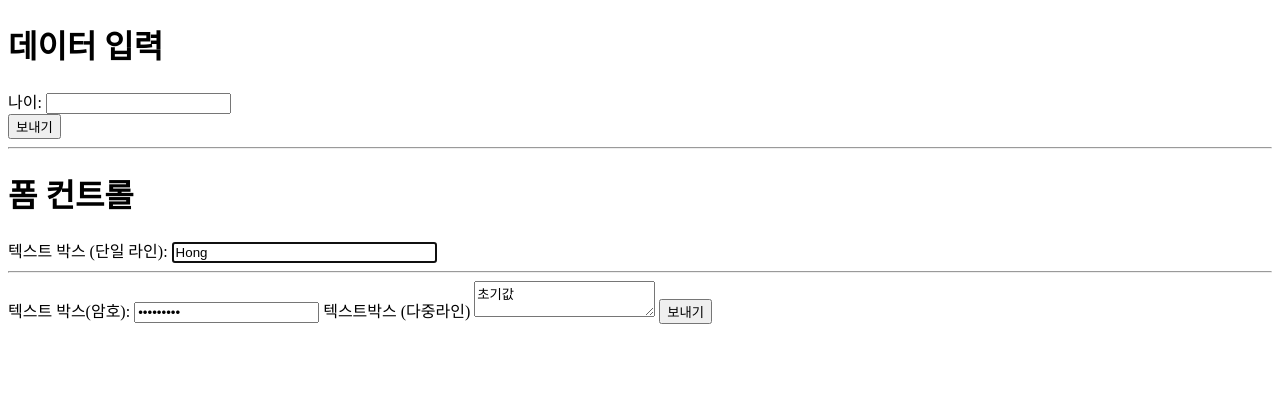
Repository: seula123/Front-End
Page: ClientTest/src/main/webapp/html/ex18_form.html
These files come from the project's save history. The page is drawn as it stood at one moment and after the next save; the edit follows.
The browser window is 1280 px wide. The pictures show the whole page.

Above is the page before, as saved 2023-09-21 06:34:22.

### ClientTest/src/main/webapp/html/ex18_form.html
<!DOCTYPE html>
<html>
<head>
<meta charset="UTF-8">
<title>Insert title here</title>
</head>
<body>


	<!-- ex18_form.html -->

	<!--

		폼,form
		- 입력 양식, 입력 컨트롤
		- 클라이언트(사용자)로부터 입력장치(키보드, 마우스, 터치 등)을 통해서 데이터를 입력받는 역할
		- 입력 데이터> 서버로 전송 > 업무 활용 or 데이터 베이스 저장 등..
		ex) 텍스트 박스, 버튼, 체크 박스, 라디오 버튼 등..
		- <form> + <form>의 자식 태그들..



		<form>
		- 모든 입력 컨트롤을 감싸는 컨테이너
		- 스스로는 랜더링 결과가 없다. (출력되지않는다)
		- 입력한 값을 서버로 전송하는 역할(********)


		form.method
		- 데이터를 전송하는 방식
		- 택배(일반 우편| 등기 우편)
		1. POST
			- ex18_Server.jsp
			- 데이터를 상자안에 담아서 전송
			- 데이터가 노출x > 보안 o
			- 전송하는 데이터의 최대 길이 제한 > 무제한

		2. GET
			- -ex198_server.jsp?age=20
			- 데이터를 송장에 붙여서 전송
			- 전송되는 데이터가 노출(주소창)> 보안 x
			- 전송하는 데이터의 최대 길이 제한 > 256자 > 8000자 바이트
			- 긴 데이터는 전송 x

		form.action
		- 데이터를 수신하는 서버측 URL
		- 받는 사람 주소
		- 서버측 동작하고 있는 프로그램 주소 > JSP, Servlet, Spring 주소

	 -->

	 <h1> 데이터 입력</h1>

	 <form method="GET" action="ex18_server.jsp">


	 	나이: <input type = "text" name = "age">
	 	<br>
	 	<input type = "submit" value = "보내기">
	 </form>



	 <hr>

	 <h1> 폼 컨트롤 </h1>




	 <form method="get" action="ex18_server.jsp">

	 	<!--
	 		<input>
	 		- 인라인 태그
	 		- 단독 태그
	 		- input.type: 입력 컨트롤 종류 지정
	 		- input.name : 식별자
	 		- input.id : 식별자. CSS,JavaScript에서 사용
	 		- input.class : 식별자. CSS,JavaScript에서 사용
	 		- input.size: 길이(문자 개수)
	 		- input.maxlength: 최대 입력 길이(글자수)
	 		- input.readonly: 읽기 전용(전원 on)
	 		- input.disabled: 비활성화	(전원 off)
	 		- input.accesskey: 바로가기(Alt+조합ㄱ키)
            - input.autofocus: 자동 포커스
            - input.autocomplete : 자동 완성 끄기


	 	 -->

	 	텍스트 박스 (단일 라인):
	 	<input type = "text" name="txt1" id="txt1" class="txt" size = "30" value="Hong
	 	" accesskey="s" autofocus autocomplete="off">

	 	<hr>

	 	<!--

	 		암호 상자, Password Box, Masked Text Box
	 		- 모든 속성이 텍스트 박스와 동일

	 	 -->
	 	 텍스트 박스(암호):
	 	 <input type = "password" value ="12345
	 	 ">

	 	<!-- 텍스트 박스 (다중라인
	 		<textarea>
	 		- 쌍태그
	 		- 대부분의 속성은 텍스트 박스
	 		- maxlength 속성이 없다. > 많은 양의 텍스트를 입력받는 컨트롤
	 		- value 속성이 없다.

	 	-->

	 	 텍스트박스 (다중라인)
		 <textarea>초기값</textarea>

	 	<input type = "submit" value ="보내기">




	 </form>
</body>

</html>

After the next save:
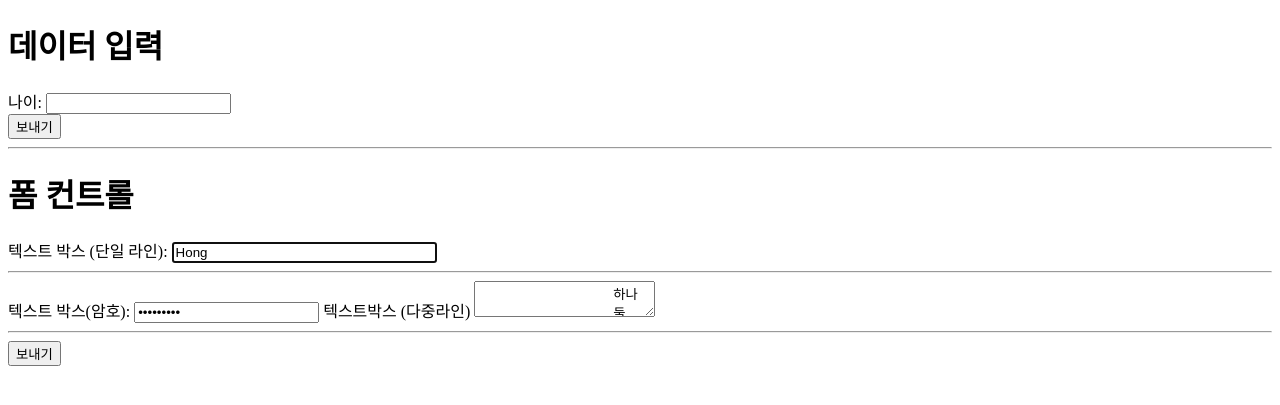
Saved 2 min 48 s later.
--- a/ClientTest/src/main/webapp/html/ex18_form.html
+++ b/ClientTest/src/main/webapp/html/ex18_form.html
@@ -115,8 +115,13 @@
 	 	-->
 
 	 	 텍스트박스 (다중라인)
-		 <textarea>초기값</textarea>
+		 <textarea >
+		 하나
+		 둘
+		 셋
+		 </textarea>
 
+	 	<hr>
 	 	<input type = "submit" value ="보내기">
 
 
